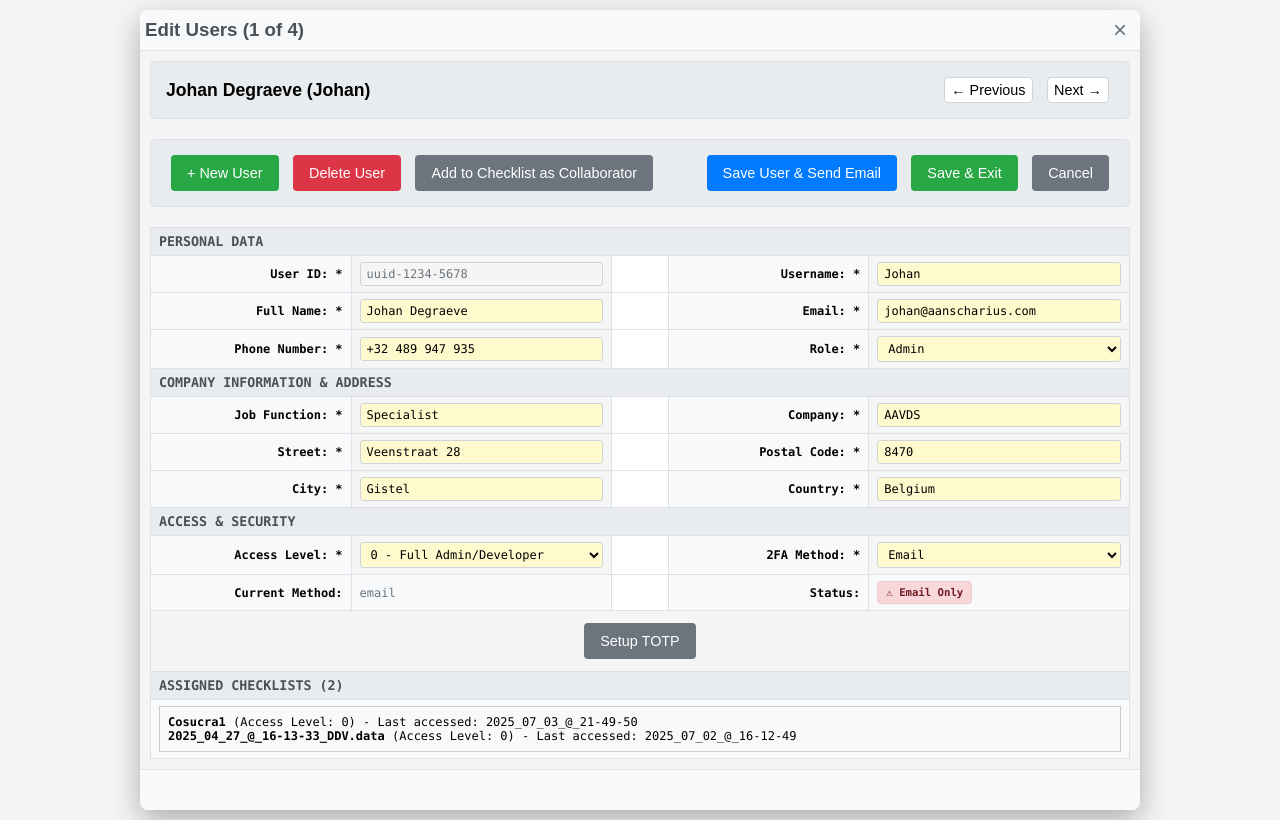
Repository: jeedee23/checklistrepo
Page: checklists/user-management-demo.html
An editor plug-in stored every save of this project. The page is shown before and after the next save, followed by the edit.
The browser window is 1280 px wide. The pictures show the whole page.

Above is the page before, as saved 2025-07-04 14:18:52.

### checklists/user-management-demo.html
<!DOCTYPE html>
<html lang="en">
<head>
    <meta charset="UTF-8">
    <meta name="viewport" content="width=device-width, initial-scale=1.0">
    <title>User Management Demo</title>
    <style>
        body {
            font-family: Arial, sans-serif;
            margin: 10px;
            background: #f5f5f5;
        }

        .modal-dialog {
            background: white;
            border-radius: 8px;
            box-shadow: 0 10px 30px rgba(0,0,0,0.3);
            width: 1000px;
            margin: 0 auto;
            overflow: hidden;
            display: flex;
            flex-direction: column;
        }

        .modal-header {
            padding: 5px;
            border-bottom: 1px solid #dee2e6;
            display: flex;
            justify-content: space-between;
            align-items: center;
            background-color: #f8f9fa;
        }

        .modal-header h3 {
            margin: 0;
            color: #495057;
        }

        .close-button {
            background: none;
            border: none;
            font-size: 1.5rem;
            cursor: pointer;
            color: #6c757d;
            padding: 0;
            width: 30px;
            height: 30px;
            display: flex;
            align-items: center;
            justify-content: center;
        }

        .modal-body {
            padding: 10px;
            background: #f5f5f5;
        }

        .user-navigation {
            margin-bottom: 20px;
            padding: 15px;
            background: #e9ecef;
            border-radius: 4px;
            border: 1px solid #dee2e6;
            display: flex;
            justify-content: space-between;
            align-items: center;
        }

        .user-navigation span {
            font-weight: bold;
            font-size: 1.1em;
        }

        .user-navigation button {
            padding: 4px 6px;
            margin: 0 5px;
            border: 1px solid #ced4da;
            border-radius: 4px;
            background: white;
            cursor: pointer;
            font-size: 0.9rem;
        }

        .form-table {
            width: 100%;
            border-collapse: collapse;
            font-family: Consolas, monospace;
            font-size: 9pt;
        }

        .form-table td {
            padding: 6px 8px;
            vertical-align: middle;
            border: 1px solid #dee2e6;
        }

        .section-header {
            font-weight: bold;
            font-size: 10pt;
            background: #e9ecef;
            text-align: left;
            padding: 10px 12px;
            color: #495057;
            border: 1px solid #dee2e6;
            border-bottom: 2px solid #adb5bd;
        }

        .label {
            width: 150px;
            font-weight: bold;
            background: #f8f9fa;
            text-align: right;
            padding-right: 12px;
            white-space: nowrap;
        }

        .input {
            width: 200px;
            padding: 4px;

        }

        .input input,
        .input select {
            width: 100%;
            padding: 4px 6px;
            border: 1px solid #ced4da;
            border-radius: 3px;
            background: transparent;
            font-family: Consolas, monospace;
            font-size: 9pt;
            box-sizing: border-box;
             background: #FFFACD;
        }

        .input input[readonly] {
            background: transparent;
            color: #6c757d;
            cursor: not-allowed;
        }

        .input-readonly {
            width: 200px;
            padding: 4px 6px;
            background: #f8f9fa;
            color: #6c757d;
            font-family: Consolas, monospace;
            font-size: 9pt;
        }

        .spacer {
            width: 30px;
            background: white;
            border: 1px solid #dee2e6;
        }

        .checklist-cell {
            padding: 8px;
            background: #f8f9fa;
        }

        .checklist-display {
            max-height: 100px;
            overflow-y: auto;
            border: 1px solid #ccc;
            padding: 8px;
            background: #f8f9fa;
            font-family: Consolas, monospace;
            font-size: 9pt;
        }

        .status-badge {
            padding: 4px 8px;
            border-radius: 4px;
            font-size: 8pt;
            font-weight: 600;
            display: inline-block;
        }

        .status-badge.active {
            background: #d4edda;
            color: #155724;
            border: 1px solid #c3e6cb;
        }

        .status-badge.inactive {
            background: #f8d7da;
            color: #721c24;
            border: 1px solid #f5c6cb;
        }

        .modal-footer {
            padding: 20px;
            border-top: 1px solid #dee2e6;
            display: flex;
            justify-content: space-between;
            background-color: #f8f9fa;
        }

        .btn {
            padding: 10px 16px;
            border: none;
            border-radius: 4px;
            cursor: pointer;
            font-size: 0.9rem;
            margin: 0 5px;
        }

        .btn-primary { background-color: #007bff; color: white; }
        .btn-success { background-color: #28a745; color: white; }
        .btn-secondary { background-color: #6c757d; color: white; }
        .btn-danger { background-color: #dc3545; color: white; }
    </style>
</head>
<body>
    <div class="modal-dialog">
        <div class="modal-header">
            <h3>Edit Users (1 of 4)</h3>
            <button class="close-button">×</button>
        </div>

        <div class="modal-body">
            <div class="user-navigation">
                <span>Johan Degraeve (Johan)</span>
                <div>
                    <button>← Previous</button>
                    <button>Next →</button>
                </div>
            </div>

            <!-- Action buttons moved to top -->
            <div style="margin-bottom: 20px; padding: 15px; background: #e9ecef; border-radius: 4px; border: 1px solid #dee2e6; display: flex; justify-content: space-between; align-items: center;">
                <div>
                    <button class="btn btn-success">+ New User</button>
                    <button class="btn btn-danger">Delete User</button>
                    <button class="btn btn-secondary">Add to Checklist as Collaborator</button>
                </div>
                <div>
                    <button class="btn btn-primary">Save User & Send Email</button>
                    <button class="btn btn-success">Save & Exit</button>
                    <button class="btn btn-secondary">Cancel</button>
                </div>
            </div>

            <table class="form-table">
                <!-- PERSONAL DATA Section -->
                <tr>
                    <td colspan="5" class="section-header">PERSONAL DATA</td>
                </tr>
                <tr>
                    <td class="label">User ID: *</td>
                    <td class="input"><input type="text" value="uuid-1234-5678" readonly></td>
                    <td class="spacer">&nbsp;</td>
                    <td class="label">Username: *</td>
                    <td class="input"><input type="text" value="Johan"></td>
                </tr>
                <tr>
                    <td class="label">Full Name: *</td>
                    <td class="input"><input type="text" value="Johan Degraeve"></td>
                    <td class="spacer">&nbsp;</td>
                    <td class="label">Email: *</td>
                    <td class="input"><input type="email" value="johan@aanscharius.com"></td>
                </tr>
                <tr>
                    <td class="label">Phone Number: *</td>
                    <td class="input"><input type="tel" value="+32 489 947 935"></td>
                    <td class="spacer">&nbsp;</td>
                    <td class="label">Role: *</td>
                    <td class="input">
                        <select>
                            <option>User</option>
                            <option selected>Admin</option>
                        </select>
                    </td>
                </tr>

                <!-- COMPANY INFORMATION & ADDRESS Section -->
                <tr>
                    <td colspan="5" class="section-header">COMPANY INFORMATION & ADDRESS</td>
                </tr>
                <tr>
                    <td class="label">Job Function: *</td>
                    <td class="input"><input type="text" value="Specialist"></td>
                    <td class="spacer">&nbsp;</td>
                    <td class="label">Company: *</td>
                    <td class="input"><input type="text" value="AAVDS"></td>
                </tr>
                <tr>
                    <td class="label">Street: *</td>
                    <td class="input"><input type="text" value="Veenstraat 28"></td>
                    <td class="spacer">&nbsp;</td>
                    <td class="label">Postal Code: *</td>
                    <td class="input"><input type="text" value="8470"></td>
                </tr>
                <tr>
                    <td class="label">City: *</td>
                    <td class="input"><input type="text" value="Gistel"></td>
                    <td class="spacer">&nbsp;</td>
                    <td class="label">Country: *</td>
                    <td class="input"><input type="text" value="Belgium"></td>
                </tr>

                <!-- ACCESS & SECURITY (with 2FA) Section -->
                <tr>
                    <td colspan="5" class="section-header">ACCESS & SECURITY</td>
                </tr>
                <tr>
                    <td class="label">Access Level: *</td>
                    <td class="input">
                        <select>
                            <option selected>0 - Full Admin/Developer</option>
                            <option>1 - Full Admin/User Management</option>
                            <option>2 - Admin (no field/user mgmt)</option>
                        </select>
                    </td>
                    <td class="spacer">&nbsp;</td>
                    <td class="label">2FA Method: *</td>
                    <td class="input">
                        <select>
                            <option selected>Email</option>
                            <option>TOTP (Authenticator App)</option>
                            <option>None</option>
                        </select>
                    </td>
                </tr>
                <tr>
                    <td class="label">Current Method:</td>
                    <td class="input-readonly">email</td>
                    <td class="spacer">&nbsp;</td>
                    <td class="label">Status:</td>
                    <td class="input-readonly">
                        <span class="status-badge inactive">⚠ Email Only</span>
                    </td>
                </tr>
                <tr>
                    <td colspan="5" style="text-align: center; padding: 12px; border: 1px solid #dee2e6;">
                        <button class="btn btn-secondary">Setup TOTP</button>
                    </td>
                </tr>

                <!-- ASSIGNED CHECKLISTS Section -->
                <tr>
                    <td colspan="5" class="section-header">ASSIGNED CHECKLISTS (2)</td>
                </tr>
                <tr>
                    <td colspan="5" class="checklist-cell">
                        <div class="checklist-display">
                            <div><strong>Cosucra1</strong> (Access Level: 0) - Last accessed: 2025_07_03_@_21-49-50</div>
                            <div><strong>2025_04_27_@_16-13-33_DDV.data</strong> (Access Level: 0) - Last accessed: 2025_07_02_@_16-12-49</div>
                        </div>
                    </td>
                </tr>
            </table>
        </div>

        <div class="modal-footer">
            <!-- Footer kept minimal or can be removed since buttons are now at top -->
        </div>
    </div>
</body>
</html>

After the next save:
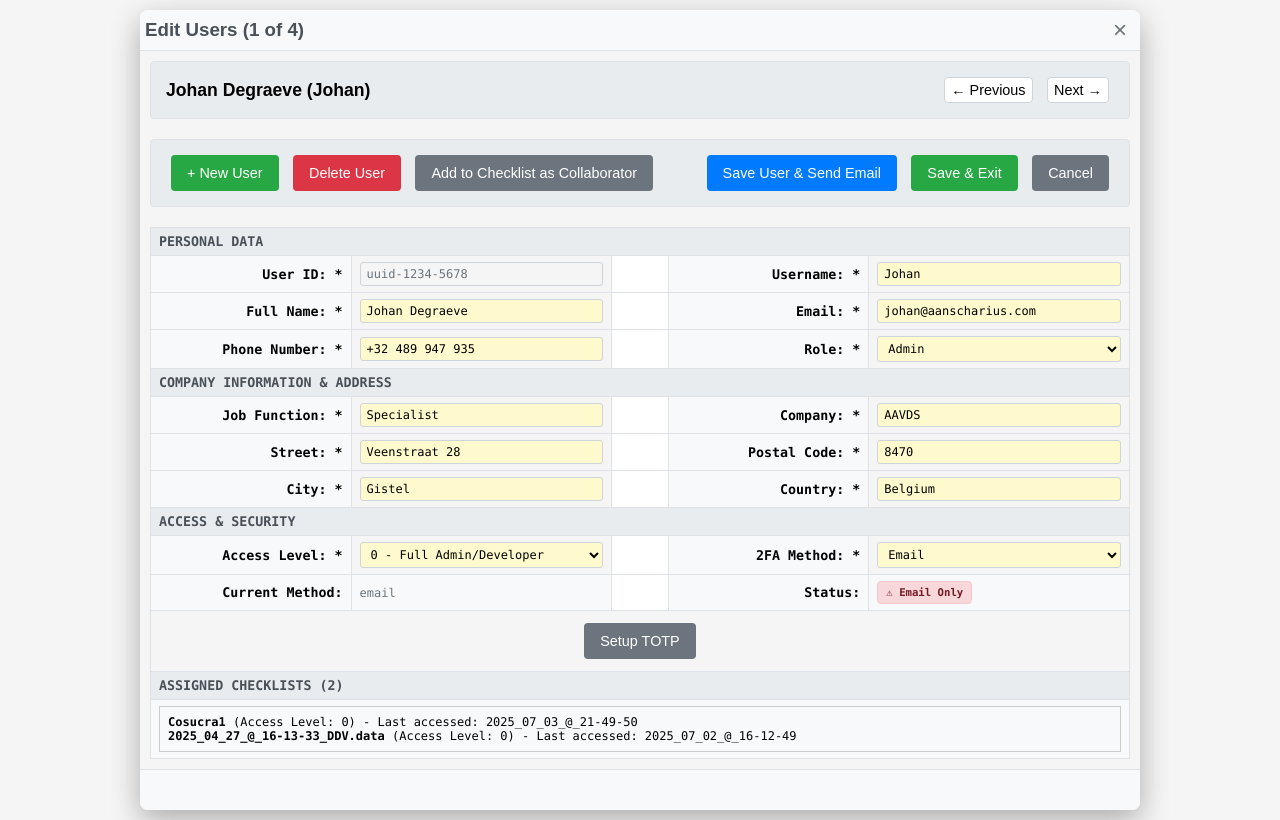
Saved 37 s later.
--- a/checklists/user-management-demo.html
+++ b/checklists/user-management-demo.html
@@ -85,7 +85,7 @@
             width: 100%;
             border-collapse: collapse;
             font-family: Consolas, monospace;
-            font-size: 9pt;
+            font-size: 10pt;
         }
 
         .form-table td {
